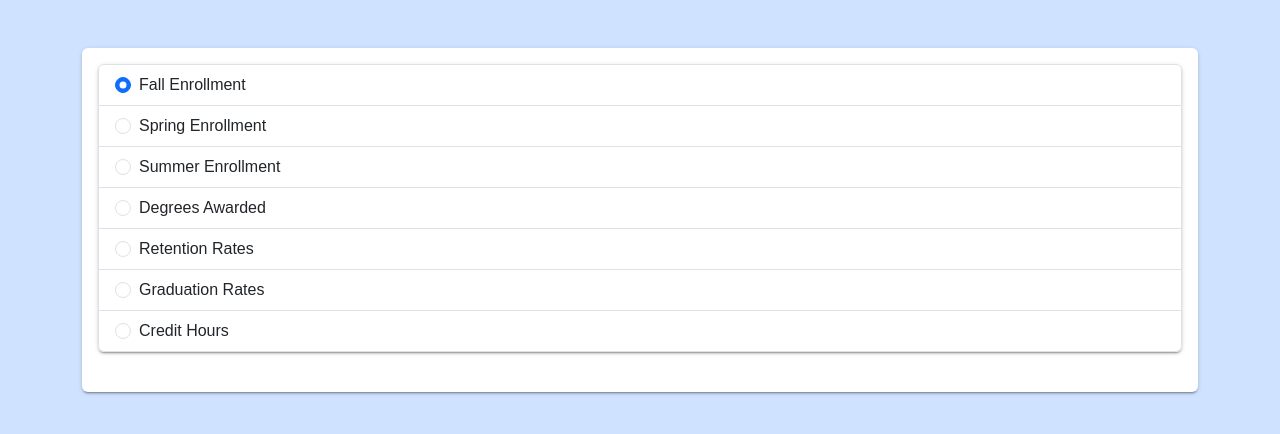
Repository: chancellor-w-whitaker/trying-context
Page: /
An editor plug-in stored every save of this project. The page is shown before and after the next save, followed by the edit.
The browser window is 1280 px wide. The pictures show the whole page.
The page's requests for data from a server got no answer. Some web fonts or font styles are not loaded; a fallback is used. The project was rebuilt for these pictures with package versions that can differ from the ones it lists, and the page was loaded fresh each time. No one was signed in, and anything a server would have sent is missing. Also part of the build but not shown: vite.config.js.

Above is the page before, as saved 2024-01-14 15:53:03.

After the next save:
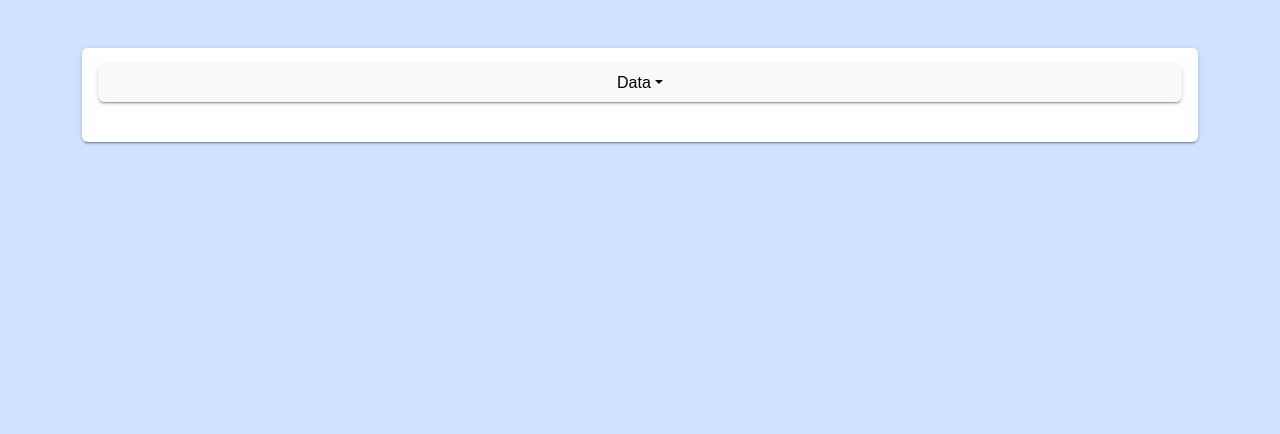
Saved 2 min 11 s later.
--- a/src/App.jsx
+++ b/src/App.jsx
@@ -22,7 +22,22 @@ const App = () => {
   return (
     <>
       <div className="d-flex flex-column gap-4">
-        <ListGroup className="shadow-sm">
+        <Dropdown>
+          <DropdownButton
+            data-bs-auto-close="outside"
+            className="w-100 shadow-sm"
+            variant="light"
+          >
+            Data
+          </DropdownButton>
+          <DropdownMenu
+            className="shadow-sm overflow-y-scroll"
+            style={dropdownMenuStyle}
+          >
+            <ListGroup></ListGroup>
+          </DropdownMenu>
+        </Dropdown>
+        {/* <ListGroup className="shadow-sm">
           {fileNames.map(({ displayName, id }) => (
             <ListGroupItem
               checked={id === fileName}
@@ -35,17 +50,15 @@ const App = () => {
               {displayName}
             </ListGroupItem>
           ))}
-        </ListGroup>
+        </ListGroup> */}
         <div className="d-flex flex-wrap gap-3">
           {Object.entries(columnFilters).map(
             ([field, { relevant: fieldRelevance, checklist }]) =>
               fieldRelevance && (
                 <Dropdown className="col" key={field}>
                   <DropdownButton
-                    className={`w-100 shadow-sm${
-                      !fieldRelevance ? " opacity-50" : ""
-                    }`}
                     data-bs-auto-close="outside"
+                    className="w-100 shadow-sm"
                     variant="light"
                   >
                     {toTitleCase(field)}
